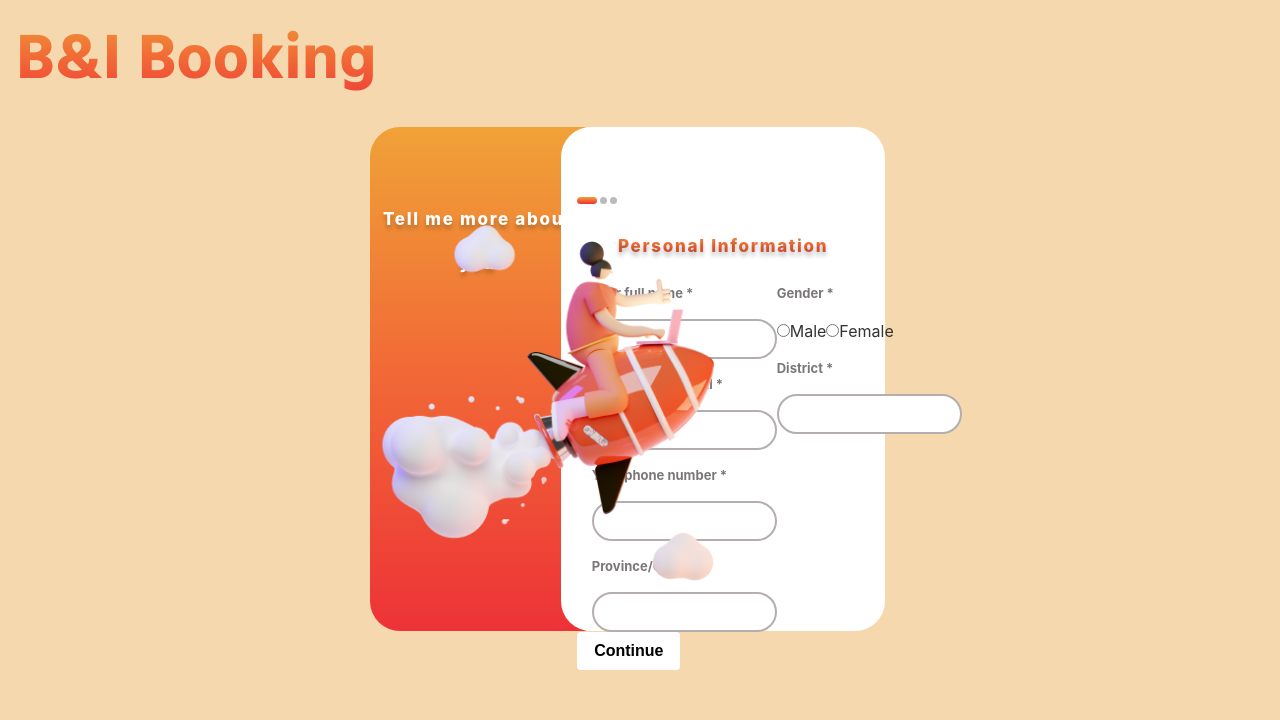
Repository: Grand-Line-PNV/FE-BIBooking
Page: /
An editor plug-in stored every save of this project. The page is shown before and after the next save, followed by the edit.
The browser window is 1280 px wide. The pictures show the whole page.
The project was rebuilt for these pictures with package versions that can differ from the ones it lists, and the page was loaded fresh each time. Also part of the build but not shown: src/App.css.

Above is the page before, as saved 2023-02-06 11:09:43.

### public/index.html
<!DOCTYPE html>
<html lang="en">

<head>
  <meta charset="utf-8" />
  <link rel="icon" href="%PUBLIC_URL%/logoBIBooking.png" />
  <meta name="viewport" content="width=device-width, initial-scale=1" />
  <meta name="theme-color" content="#000000" />
  <meta name="description" content="Web site created using create-react-app" />
  <link rel="apple-touch-icon" href="%PUBLIC_URL%/logoBIBooking.png" />
  <!--
      manifest.json provides metadata used when your web app is installed on a
      user's mobile device or desktop. See https://developers.google.com/web/fundamentals/web-app-manifest/
    -->
  <link rel="manifest" href="%PUBLIC_URL%/manifest.json" />
  <!--
      Notice the use of %PUBLIC_URL% in the tags above.
      It will be replaced with the URL of the `public` folder during the build.
      Only files inside the `public` folder can be referenced from the HTML.

      Unlike "/favicon.ico" or "favicon.ico", "%PUBLIC_URL%/favicon.ico" will
      work correctly both with client-side routing and a non-root public URL.
      Learn how to configure a non-root public URL by running `npm run build`.
    -->
  <title>B&IBooking</title>
</head>

<body>
  <noscript>You need to enable JavaScript to run this app.</noscript>
  <div id="root"></div>
  <!--
      This HTML file is a template.
      If you open it directly in the browser, you will see an empty page.

      You can add webfonts, meta tags, or analytics to this file.
      The build step will place the bundled scripts into the <body> tag.

      To begin the development, run `npm start` or `yarn start`.
      To create a production bundle, use `npm run build` or `yarn build`.
    -->
</body>

</html>

### src/App.js
import "./App.css";
import { Provider } from "react-redux";
import store from "./redux";
import { faChevronLeft } from "@fortawesome/free-solid-svg-icons";
import { FontAwesomeIcon } from "@fortawesome/react-fontawesome";
import classNames from "classnames/bind";
import Button from "./components/Button/Button";
import PersonalInformation from "../src/view/pages/Influencers/PersonalInformation/index";

const cx = classNames.bind();

function App() {
  return (
    <Provider store={store}>
      <PersonalInformation />
    </Provider>
  );
}

export default App;

### src/styles/GlobalStyles.js
import "./GlobalStyles.scss";

function GlobalStyles({ children }) {
  return children;
}
export default GlobalStyles;

### src/redux/index.js
import { configureStore } from "@reduxjs/toolkit";

const store = configureStore({
	reducer: {
	},
});

export default store;

### src/components/Button/Button.js
import classNames from "classnames/bind"
import { Link } from "react-router-dom";
import styles from './Button.module.scss'

const cx = classNames.bind(styles)

function Button({
    children,
    small=false,
    large=false,
    primary = false,
    outline = false,
    rounded= false,
    text = false,
    disabled = false,
    to, href,className,leftIcon,rightIcon, onClick, ...passProps}) {
    let Comp = 'button';
    const props = {
        onClick,
        ...passProps
    }
    //Remove event listener when btn is disabled

    if(disabled) {
        Object.keys(props).forEach(key =>{
            if(key.startsWith('on') && typeof props[key] === 'function'){
                delete props[key];
            }
        })
    }
    if(to){
        props.to = to
        Comp = Link
    }else if(href){
        props.href = href
        Comp = 'a'
    }
    const classes = cx('wrapper',{
        [className]:className,
        primary,
        outline,
        rounded,
        small,
        large,
        text,
        disabled
    })
    return (
        <Comp className={classes} {...props}>
            {leftIcon && <span className={cx('icon')}>{leftIcon}</span>}
            <span className={cx('title')}>{children}</span>
            {rightIcon && <span className={cx('icon')}>{rightIcon}</span>}

        </Comp>
    )
}

export default Button;

### src/view/pages/Influencers/PersonalInformation/index.js
import React from "react";
import classNames from "classnames/bind";
import styles from "./PersonalInformation.module.scss";
import { Logo, Saly1 } from "../../../../assets/images";
import Button from "../../../../components/Button/Button";

const cx = classNames.bind(styles);

export default function PersonalInformation() {
  return (
    <>
      <div>
        <div className={cx("personalInfor")}>
          <img
            style={{ objectFit: "cover", padding: "30px 20px" }}
            src={Logo}
            alt="LogoB&IBooking"
          />
          <div className={cx("container")}>
            <div className={cx("personalInfor-container")}>
              <div className={cx("block-left")}>
                <p className={cx("personalInfor-title")}>
                  Tell me more about you
                </p>
                <img className={cx("saly1-img")} src={Saly1} alt="Saly1" />
              </div>
              <div className={cx("block-right")}>
                <div className={cx("block-container")}>
                  <div className={cx("dots")}>
                    <span className={cx("dot", "active")}></span>
                    <span className={cx("dot")}></span>
                    <span className={cx("dot")}></span>
                  </div>
                  <div className={cx("information")}>
                    <p className={cx("information-title")}>
                      Personal Information
                    </p>
                    <form className={cx("form")}>
                      <div className={cx("form-control-left")}>
                        <div className={cx("form-group")}>
                          <label className={cx("form-label")}>Your full name *</label>
                          <input className={cx("form-input")} type="email" required />
                        </div>
                        <div className={cx("form-group")}>
                          <label className={cx("form-label")}>Your address email *</label>
                          <input className={cx("form-input")} type="email" required />
                        </div>
                        <div className={cx("form-group")}>
                          <label className={cx("form-label")}>Your phone number *</label>
                          <input className={cx("form-input")} type="email" required />
                        </div>
                        <div className={cx("form-group")}>
                          <label className={cx("form-label")}>Province/City *</label>
                          <input className={cx("form-input")} type="email" required />
                        </div>
                      </div>
                      <div className={cx("form-control-right")}>
                        <div className={cx("form-group")}>
                          <label className={cx("form-label")}>Gender *</label>
                          <div className={cx("input-radio")}>
                            <input type="radio" required />
                            <label>Male</label>
                            <input type="radio" required />
                            <label>Female</label>
                          </div>
                        </div>
                        <div className={cx("form-group")}>
                          <label className={cx("form-label")}>District *</label>
                          <input className={cx("form-input")} type="email" required />
                        </div>
                      </div>
                    </form>
                    <Button>Continue</Button>
                  </div>
                </div>
              </div>
            </div>
          </div>
        </div>
      </div>
    </>
  );
}

### src/styles/GlobalStyles.scss
:root{
    --white:  rgba(255, 255, 255, 1.0);
    --primary: #fe2c55;
    --black: #000;
    --text-color: #333;
}
*{
    margin: 0;
    padding: 0;
    box-sizing: border-box;
}
html{
    font-size:62.5%;
}
body{
    text-rendering: optimizeSpeed;
    font-family: 'ProximaNova', sans-serif;
    font-size: 1.6rem;
    line-height: 1.5;
    color: var(--text-color)
}
button, input,[tabindex]{
    outline: none;
    border: none;
}
a[href]{
    color: var(--text-color);
    text-decoration: none
}

### src/components/Button/Button.module.scss
.wrapper{
    display: inline-flex;
    align-items: center;
    justify-content: center;
    font-size: 1.6rem;
    font-weight:700;
    font-family: 'ProximaNova', sans-serif;
    min-width: 100px;
    padding: 9px 16px;
    border-radius: 4px;
    cursor: pointer;
    background-color: var(--white);
    border: 1px solid transparent;
    user-select: none;

    + .wrapper{
        margin-left:8px;
    }
    &.disabled{
        pointer-events: none;
        opacity: 0.6;
    }
}
//Button types
.rounded{
    border-radius:999px;
    border-width: 1px;
    border-style: solid;
    box-shadow: 0 2px 8px rgb(0 0 0 / 6%);
    border-color: rgba(22, 24, 35, 0.12);

    &:hover{
        border-color: rgba(22, 24, 35, 0.2);
        background-color: rgba(22, 24, 35, 0.03);
    }
}

.primary{
    color: var(--white);
    background-color: var(--primary);
    border-color: var(--primary);
    &:hover{
        border-color: var(--primary);
        background: linear-gradient(0deg, rgba(0, 0, 0, 0.06), rgba(0, 0, 0, 0.06)),#FE2C55;
    }
}
.outline{
    color: var(--primary);
    border-color: currentColor;
    &:hover{
        border-color: currentColor;
        background-color: rgba(254, 44, 85, 0.06);
    }
}
.text{
    &:hover{
        text-decoration: underline;
    }
}
//Disabled

// Button sizes
.small{
    min-width: 88px;
    padding: 4px 16px;
}
.large{
    padding: 14px 16px;
    min-width: 140px;
}
.icon + .title, .title + .icon{
    margin-left: 8px;
}
.icon{
    display: inline-block;
    width: 24px;
    text-align: center;
}

### src/view/pages/Influencers/PersonalInformation/PersonalInformation.module.scss
:root {
  // color
  --Wheat-color: #f5d8ae;
  --SonicSilver-color: #7b7777;
  --Linear-orange-color: linear-gradient(
    180deg,
    #f0a237 0%,
    #f16736 50.31%,
    #ed3237 100%
  );
  --Inter-font-family: "Inter", sans-serif;
}
.personalInfor {
  width: 100%;
  height: 100vh;
  background-color: var(--Wheat-color);
  font-family: var(--Inter-font-family);
  & .container {
    width: 65%;
    // height: 50vh;
    // background-color: white;
    margin: 0 auto;
    border-radius: 20px;
    & .personalInfor-container {
      width: 65%;
      margin: 0 auto;
      height: 70vh;
      display: flex;
      position: relative;
      & .block-left {
        width: 40%;
        background: var(--Linear-orange-color);
        text-align: center;
        border-top-left-radius: 30px;
        border-bottom-left-radius: 30px;
        & .personalInfor-title {
          padding-top: 70px;
          font-style: normal;
          font-weight: 800;
          font-size: 17px;
          line-height: 44px;
          letter-spacing: 0.1em;
          color: #ffffff;
          text-shadow: 0px 4px 4px rgba(0, 0, 0, 0.25);
        }
        & .saly1-img {
          width: 42rem;
          object-fit: cover;
          position: absolute;
          z-index: 1;
          bottom: 0;
          left: 0;
          transform: translateX(-75px);
        }
      }
      & .block-right {
        width: 60%;
        background-color: white;
        border-radius: 30px;
        transform: translateX(-25px);
        & .block-container {
          width: 90%;
          height: 65vh;
          margin: 0 auto;
          margin-top: 70px;
          position: relative;
          & .dots {
            display: flex;
            gap: 3px;
            & .dot {
              height: 7px;
              width: 7px;
              background-color: #bbb;
              border-radius: 100rem;
            }
            & .active {
              background: var(--Linear-orange-color);
              width: 20px;
            }
          }
          & .information {
            // position: relative;
            // z-index: 100;
            & .information-title {
              margin-top: 20px;
              background: linear-gradient(
                180deg,
                #f0a237 0%,
                #f16736 50.83%,
                #ed3237 100%
              );
              background-clip: text;
              color: transparent;
              font-style: normal;
              font-weight: 800;
              font-size: 17px;
              line-height: 44px;
              letter-spacing: 0.1em;
              text-shadow: 0px 4px 4px rgba(0, 0, 0, 0.25);
              text-align: center;
            }
            & .form {
              display: flex;
              //   background-color: red;
              width: 90%;
              margin: 0 auto;
              justify-content: space-between;
              & .form-control-left {
              }
              & .form-group {
                display: flex;
                flex-direction: column;
                & .form-label {
                  color: var(--SonicSilver-color);
                  font-style: normal;
                  font-weight: 700;
                  font-size: 13px;
                  line-height: 51px;
                }
                & .form-input {
                  color: black;
                  background: #ffffff;
                  border: 2px solid #b4aeae;
                  border-radius: 99px;
                  width: 185px;
                  height: 40px;
                  font-weight: 500;
                  font-style: normal;
                  font-size: 13px;
                  //   text-align: center;
                  padding: 13px;
                }
              }
              & .form-control-right{
                position: relative;
                bottom: 0;
              }
            }
          }
        }
      }
    }
  }
}

### src/assets/images/index.js
import Logo from "./LogoB&IBooking.png";
import Saly1 from "./Saly1.png";

export { Logo, Saly1 };

Loaded but not shown: src/index.js (common file); src/index.css (common file); src/reportWebVitals.js (common file)

After the next save:
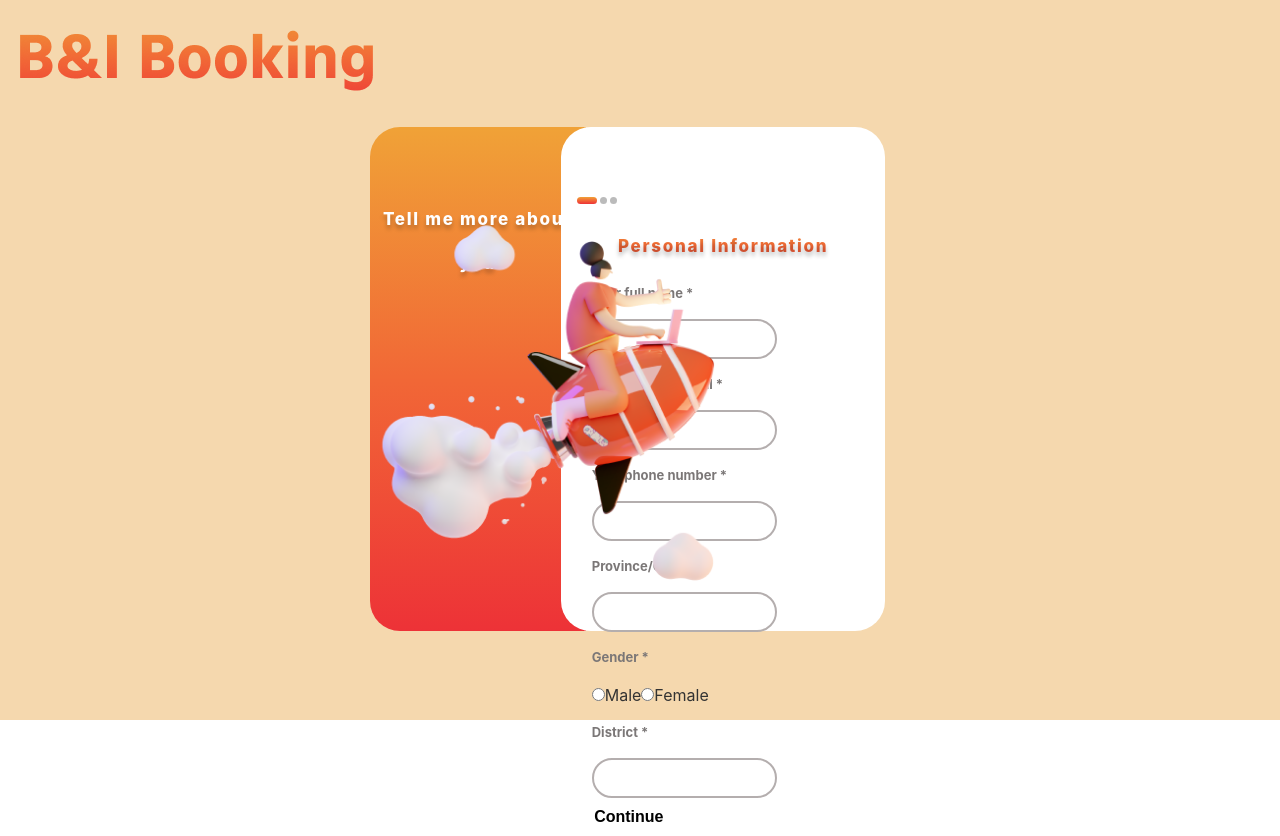
Saved 38 s later.
--- a/src/view/pages/Influencers/PersonalInformation/PersonalInformation.module.scss
+++ b/src/view/pages/Influencers/PersonalInformation/PersonalInformation.module.scss
@@ -100,7 +100,7 @@
               text-align: center;
             }
             & .form {
-              display: flex;
+            //   display: flex;
               //   background-color: red;
               width: 90%;
               margin: 0 auto;
